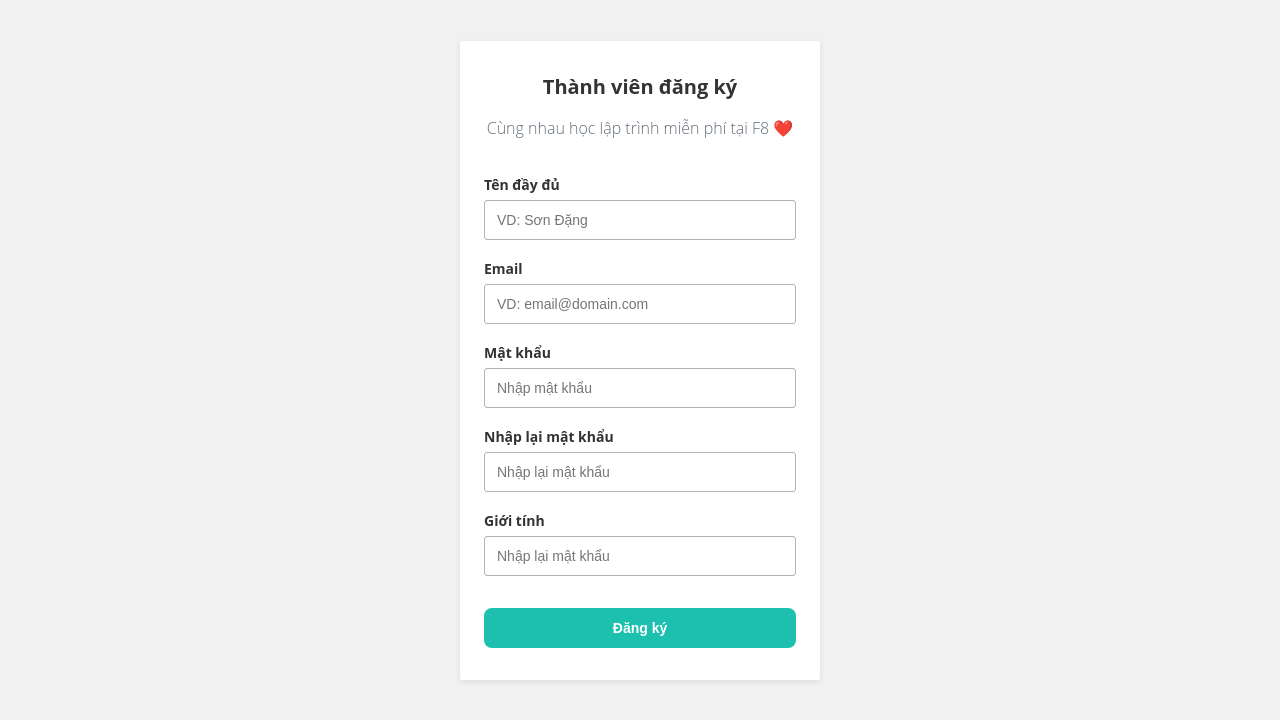
Repository: huudang2840/form-validator
Page: index.html
An editor plug-in stored every save of this project. The page is shown before and after the next save, followed by the edit.
The browser window is 1280 px wide. The pictures show the whole page.

Above is the page before, as saved 2021-10-01 14:56:54.

### index.html
<!DOCTYPE html>
<html lang="en">
  <head>
    <meta charset="UTF-8" />
    <meta http-equiv="X-UA-Compatible" content="IE=edge" />
    <meta name="viewport" content="width=device-width, initial-scale=1.0" />
    <title>Form Validation</title>

    <link rel="stylesheet" href="./style.css" />
  </head>
  <body>
    <div class="main">
      <form action="" method="POST" class="form" id="form-1">
        <h3 class="heading">Thành viên đăng ký</h3>
        <p class="desc">Cùng nhau học lập trình miễn phí tại F8 ❤️</p>

        <div class="spacer"></div>

        <div class="form-group">
          <label for="fullname" class="form-label">Tên đầy đủ</label>
          <input
            id="fullname"
            name="fullname"
            type="text"
            placeholder="VD: Sơn Đặng"
            class="form-control"
          />
          <span class="form-message"></span>
        </div>

        <div class="form-group">
          <label for="email" class="form-label">Email</label>
          <input
            id="email"
            name="email"
            type="text"
            placeholder="VD: email@domain.com"
            class="form-control"
          />
          <span class="form-message"></span>
        </div>

        <div class="form-group">
          <label for="password" class="form-label">Mật khẩu</label>
          <input
            id="password"
            name="password"
            type="password"
            placeholder="Nhập mật khẩu"
            class="form-control"
          />
          <span class="form-message"></span>
        </div>

        <div class="form-group">
          <label for="password_confirmation" class="form-label">Nhập lại mật khẩu</label>
          <input
            id="password_confirmation"
            name="password_confirmation"
            placeholder="Nhập lại mật khẩu"
            type="password"
            class="form-control"
          />
          <span class="form-message"></span>
        </div>
        <!-- Test -->
        <div class="form-group">
          <label for="gender" class="form-label">Giới tính</label>
          <input
            name="gender"
            placeholder="Nhập lại mật khẩu"
            type="password"
            class="form-control"
          />
          <span class="form-message"></span>
        </div>

        <button class="form-submit">Đăng ký</button>
      </form>
    </div>
    <script src="./validator.js"></script>
    <script>
      Validator({
        form: "#form-1",
        formGroupSelector: ".form-group",
        errorSelector: ".form-message",
        rules: [
          Validator.isRequired("#fullname"),
          Validator.isEmail("#email"),
          Validator.minLength("#password", 6),
          Validator.isRequired("#password_confirmation"),
          Validator.isConfirmed(
            "#password_confirmation",
            function () {
              return document.querySelector("#form-1 #password").value;
            },
            "Mật khẩu nhập lại không chính xác"
          ),
        ],
        onSubmit: function (data) {
          console.log(data);
        },
      });
    </script>
  </body>
</html>

### style.css
* {
  padding: 0;
  margin: 0;
  box-sizing: border-box;
}
html {
  color: #333;
  font-size: 62.5%;
  font-family: "Open Sans", sans-serif;
}
.main {
  background: #f1f1f1;
  min-height: 100vh;
  display: flex;
  justify-content: center;
}
.form {
  width: 360px;
  min-height: 100px;
  padding: 32px 24px;
  text-align: center;
  background: #fff;
  border-radius: 2px;
  margin: 24px;
  align-self: center;
  box-shadow: 0 2px 5px 0 rgba(51, 62, 73, 0.1);
}
.form .heading {
  font-size: 2rem;
}
.form .desc {
  text-align: center;
  color: #636d77;
  font-size: 1.6rem;
  font-weight: lighter;
  line-height: 2.4rem;
  margin-top: 16px;
  font-weight: 300;
}

.form-group {
  display: flex;
  margin-bottom: 16px;
  flex-direction: column;
}

.form-label,
.form-message {
  text-align: left;
}

.form-label {
  font-weight: 700;
  padding-bottom: 6px;
  line-height: 1.8rem;
  font-size: 1.4rem;
}

.form-control {
  height: 40px;
  padding: 8px 12px;
  border: 1px solid #b3b3b3;
  border-radius: 3px;
  outline: none;
  font-size: 1.4rem;
}

.form-control:hover {
  border-color: #1dbfaf;
}

.form-group.invalid .form-control {
  border-color: #f33a58;
}

.form-group.invalid .form-message {
  color: #f33a58;
}

.form-message {
  font-size: 1.2rem;
  line-height: 1.6rem;
  padding: 4px 0 0;
}

.form-submit {
  outline: none;
  background-color: #1dbfaf;
  margin-top: 12px;
  padding: 12px 16px;
  font-weight: 600;
  color: #fff;
  border: none;
  width: 100%;
  font-size: 14px;
  border-radius: 8px;
  cursor: pointer;
}

.form-submit:hover {
  background-color: #1ac7b6;
}

.spacer {
  margin-top: 36px;
}

### validator.js
// Đối tượng
function Validator(options) {
  function getParent(element, selector) {
    while (element.parentElement) {
      if (element.parentElement.matches(selector)) {
        return element.parentElement;
      }
      element = element.parentElement;
    }
  }
  var selectorRules = {};
  // Validate
  function validate(inputElement, rule) {
    var errorElement = getParent(inputElement, options.formGroupSelector).querySelector(
      options.errorSelector
    );
    var errorMessage;
    // Danh sách các rules
    var rules = selectorRules[rule.selector];

    // Xử lí từng rule từ trên xuống
    for (var i = 0; i < rules.length; ++i) {
      errorMessage = rules[i](inputElement.value);
      if (errorMessage) break;
    }

    // Nếu có lỗi thì thực hiện
    if (errorMessage) {
      errorElement.innerText = errorMessage;
      getParent(inputElement, options.formGroupSelector).classList.add("invalid");
    } else {
      errorElement.innerText = "";
      getParent(inputElement, options.formGroupSelector).classList.remove("invalid");
    }

    return !errorMessage;
  }

  //  Lấy element cho việc validate
  var formElement = document.querySelector(options.form);

  if (formElement) {
    formElement.onsubmit = function (e) {
      e.preventDefault();

      var isFormValid = true;

      options.rules.forEach(function (rule) {
        var inputElement = formElement.querySelector(rule.selector);
        var isValid = validate(inputElement, rule);
        if (!isValid) {
          isFormValid = false;
        }
      });

      if (isFormValid) {
        if (typeof options.onSubmit === "function") {
          var enableInputs = formElement.querySelectorAll("[name]");
          var formValues = Array.from(enableInputs).reduce(function (values, input) {
            values[input.name] = input.value;
            return values;
          }, {});

          options.onSubmit(formValues);
        }
      }
    };
    // Lắng nghe các sự kiện trong rules để xử lý(blur, input)
    options.rules.forEach(function (rule) {
      //Lưu lại các rule cho mỗi input
      if (Array.isArray(selectorRules[rule.selector])) {
        selectorRules[rule.selector].push(rule.test);
      } else {
        selectorRules[rule.selector] = [rule.test];
      }
      //   selectorRule[rule.selector] = rule.test;

      var inputElement = formElement.querySelector(rule.selector);

      if (inputElement) {
        //   Xử lý khi blur
        inputElement.onblur = function () {
          validate(inputElement, rule);
        };

        //   Xử lý khi khi đang nhập input
        inputElement.oninput = function () {
          var errorElement = getParent(inputElement, options.formGroupSelector).querySelector(
            options.errorSelector
          );
          errorElement.innerText = "";
          getParent(inputElement, options.formGroupSelector).classList.remove("invalid");
        };
      }
    });
  }
}

// Định nghĩa rules
// Nguyên tắc rule
// 1. Khi có lỗi => trả ra message lỗi
//2. Hợp lệ => Không trả ra gì undefine
Validator.isRequired = function (selector, message) {
  return {
    selector: selector,
    test: function (value) {
      return value.trim() ? undefined : message || "Vui lòng nhập trường này";
    },
  };
};
Validator.isEmail = function (selector, message) {
  return {
    selector: selector,

    test: function (value) {
      var regex =
        /^(([^<>()[\]\\.,;:\s@"]+(\.[^<>()[\]\\.,;:\s@"]+)*)|(".+"))@((\[[0-9]{1,3}\.[0-9]{1,3}\.[0-9]{1,3}\.[0-9]{1,3}\])|(([a-zA-Z\-0-9]+\.)+[a-zA-Z]{2,}))$/;
      return regex.test(value) ? undefined : message || "Trường này phải là email";
    },
  };
};

Validator.minLength = function (selector, min, message) {
  return {
    selector: selector,
    min: min,
    test: function (value) {
      return value.length >= min ? undefined : message || `Mật khẩu phải có tối thiểu ${min} kí tự`;
    },
  };
};

Validator.isConfirmed = function (selector, getConfirmedValue, message) {
  return {
    selector: selector,
    test: function (value) {
      return value === getConfirmedValue()
        ? undefined
        : message || "Mật khẩu không khớp vui lòng nhập lại";
    },
  };
};

After the next save:
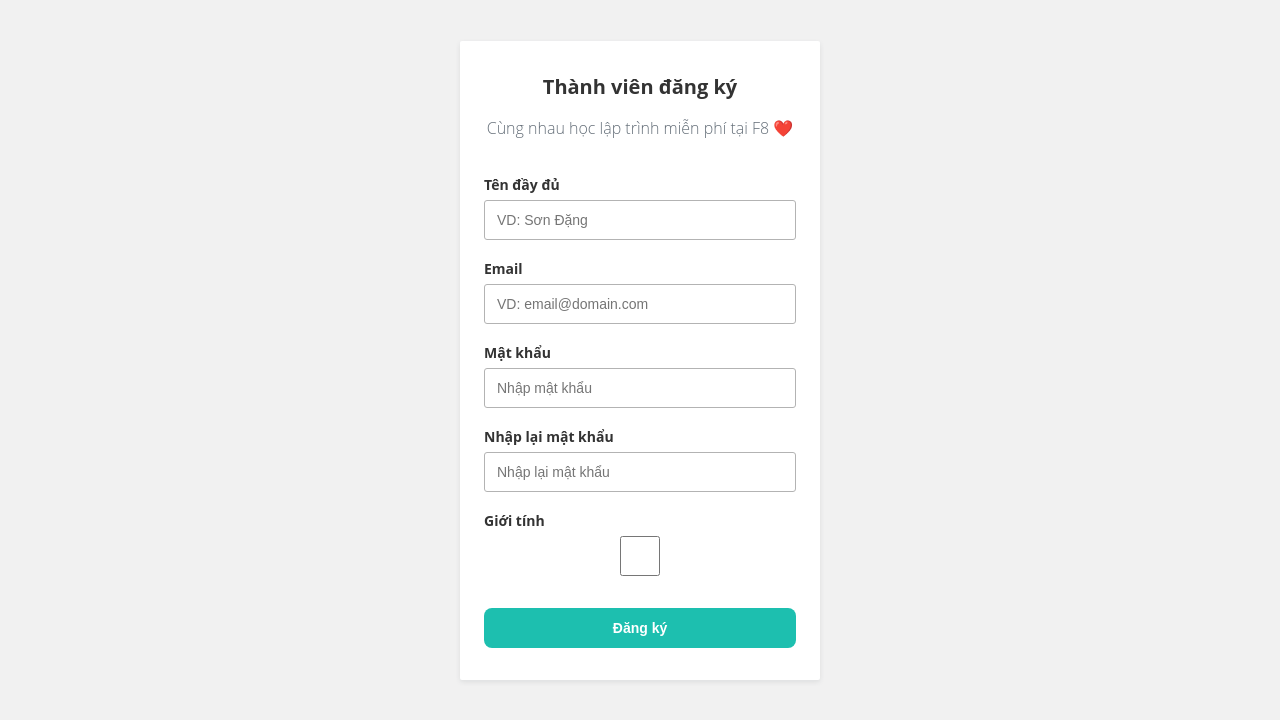
Saved 8 s later.
--- a/index.html
+++ b/index.html
@@ -66,12 +66,7 @@
         <!-- Test -->
         <div class="form-group">
           <label for="gender" class="form-label">Giới tính</label>
-          <input
-            name="gender"
-            placeholder="Nhập lại mật khẩu"
-            type="password"
-            class="form-control"
-          />
+          <input name="gender" type="checkbox" class="form-control" />
           <span class="form-message"></span>
         </div>
 
